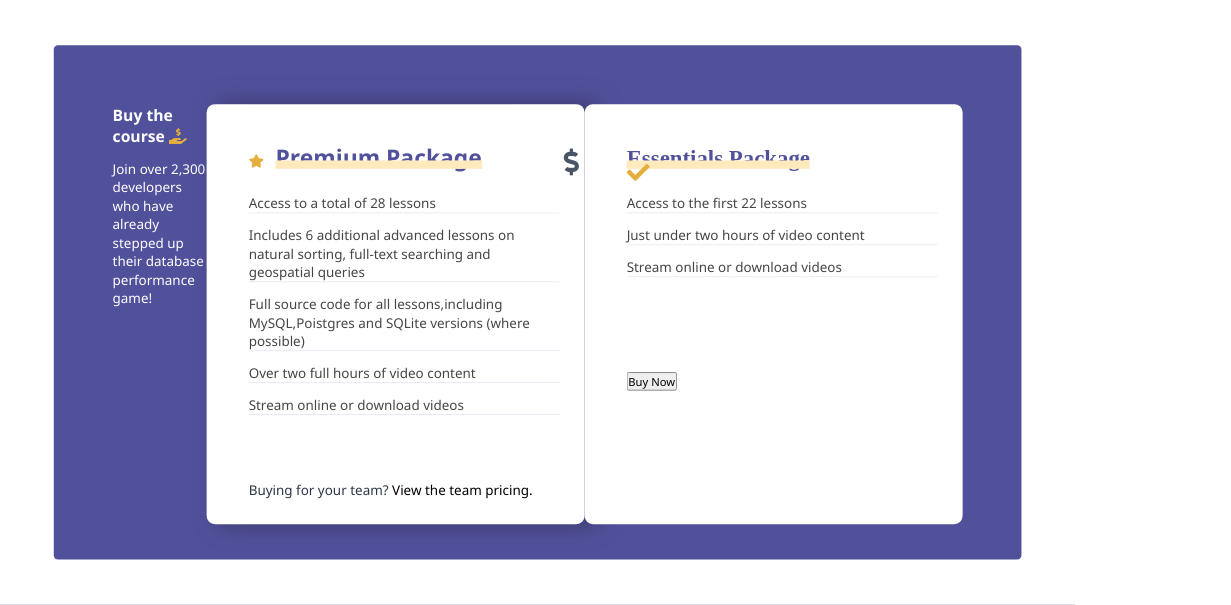
Repository: Z-ayat/Challenges
Page: Challenge 4/index.html
An editor plug-in stored every save of this project. The page is shown before and after the next save, followed by the edit.
The browser window is 1280 px wide. The page is 1280 px wide, then 1466 px, so the pictures cover 1466 px, including what lies to the right of the window. The pictures show the whole page, at 84% of full size.
Some web libraries are served in a nearby version.

Above is the page before, as saved 2021-09-07 02:48:35.

After the next save:
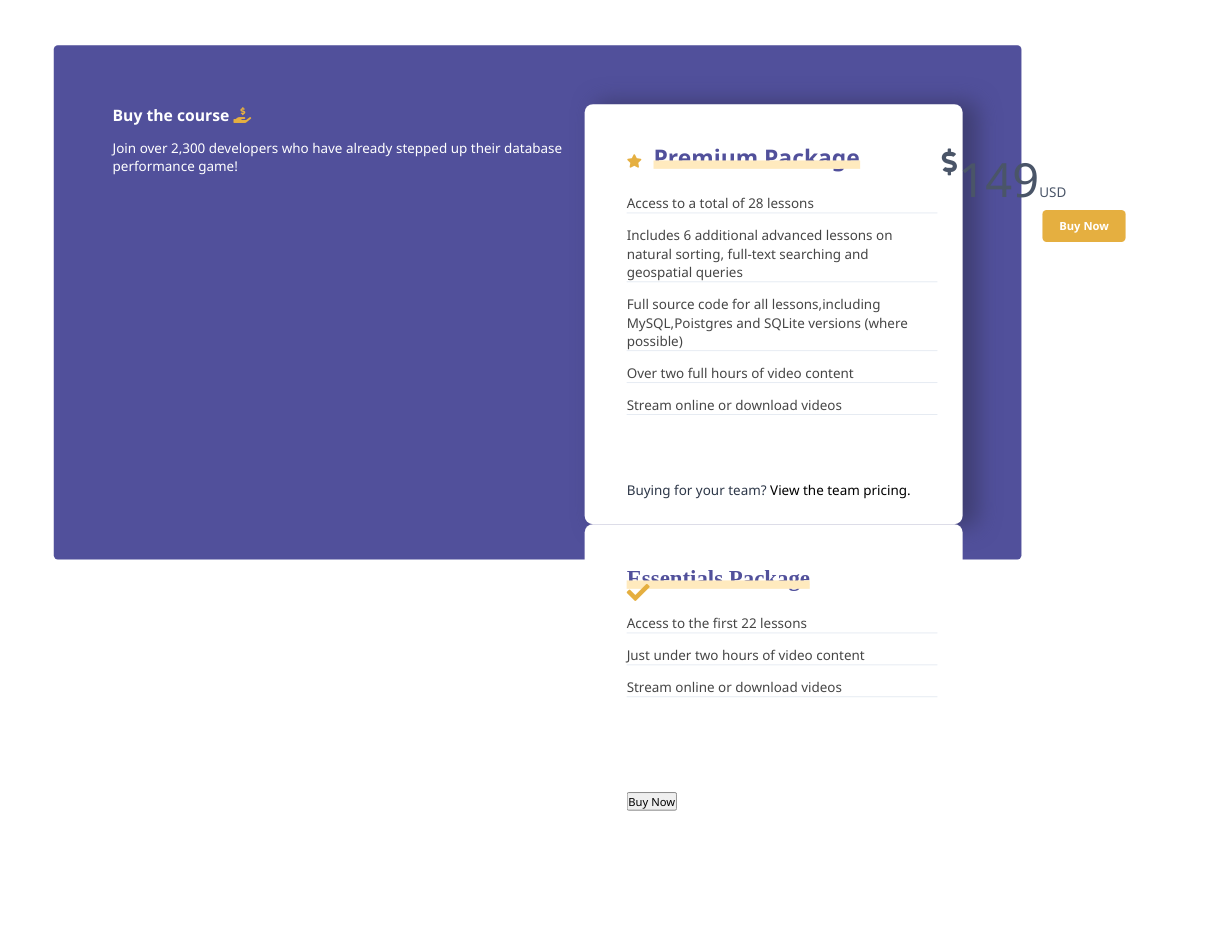
Saved 2 min 9 s later.
--- a/Challenge 4/styling/css/master.css
+++ b/Challenge 4/styling/css/master.css
@@ -103,6 +103,8 @@ body {
     align-items: flex-start;
     position: relative;
     box-shadow: 1px;
+    grid-column-start: 2;
+    grid-row-start: 2;
     -webkit-border-radius: 10px;
     -moz-border-radius: 10px;
     -ms-border-radius: 10px;
